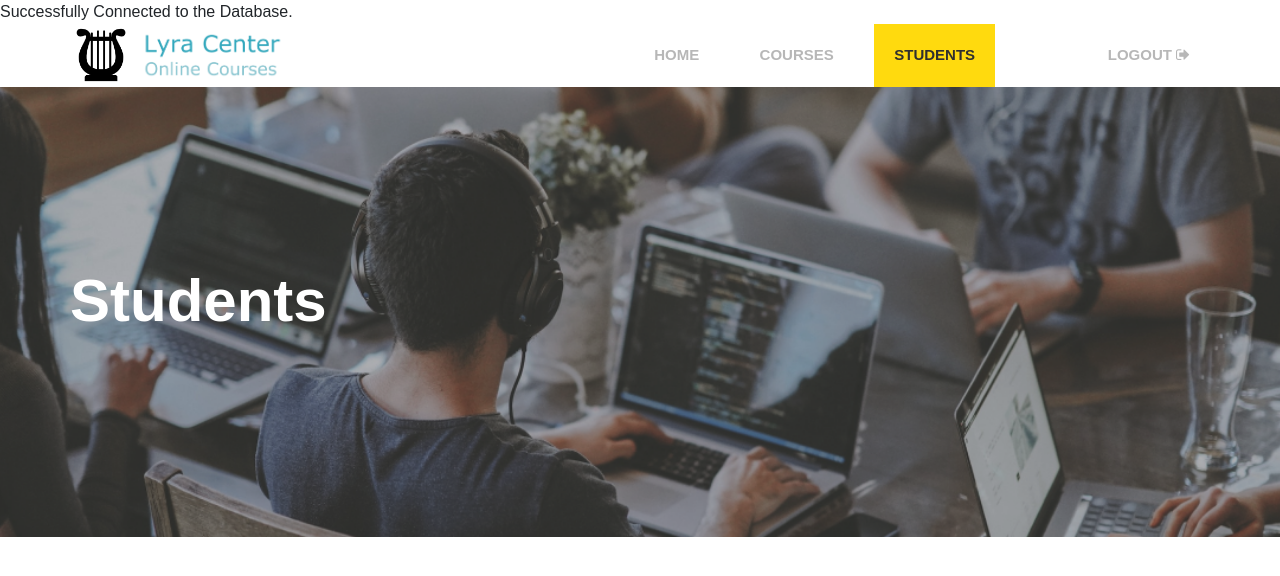
Repository: jersmaecrz/lyra-center
Page: http://localhost/aStudents.php
An editor plug-in stored every save of this project. The page is shown before and after the next save, followed by the edit.
The browser window is 1280 px wide. The pictures show the whole page.
Some web fonts or font styles are not loaded; a fallback is used. The page is run by PHP 8.4 with error messages shown; the project is at /var/www/html/.

Above is the page before, as saved 2022-12-03 23:31:03.

After the next save:
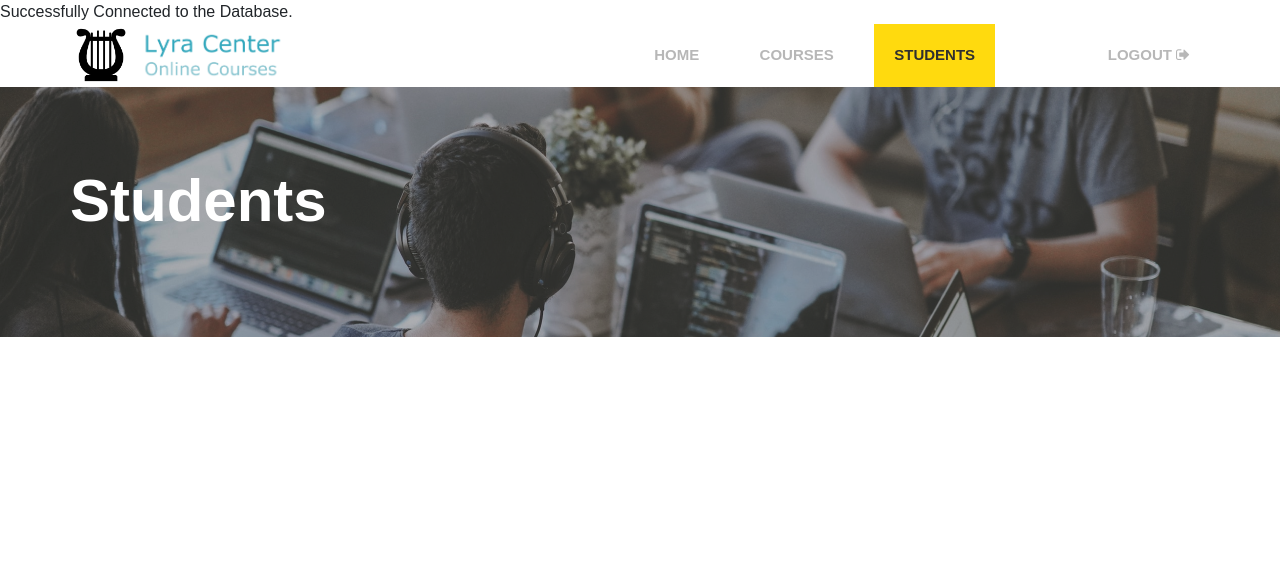
Saved 10 s later.
--- a/aStudents.php
+++ b/aStudents.php
@@ -71,7 +71,7 @@
 
 
     <!-- Normal Breadcrumb Begin -->
-    <section class="pg normal-breadcrumb set-bg" data-setbg="img/banner.png">
+    <section class="pg pg-breadcrumb set-bg" data-setbg="img/banner.png">
         <div class="container">
             <div class="row">
                 <div class="col-lg-5">
